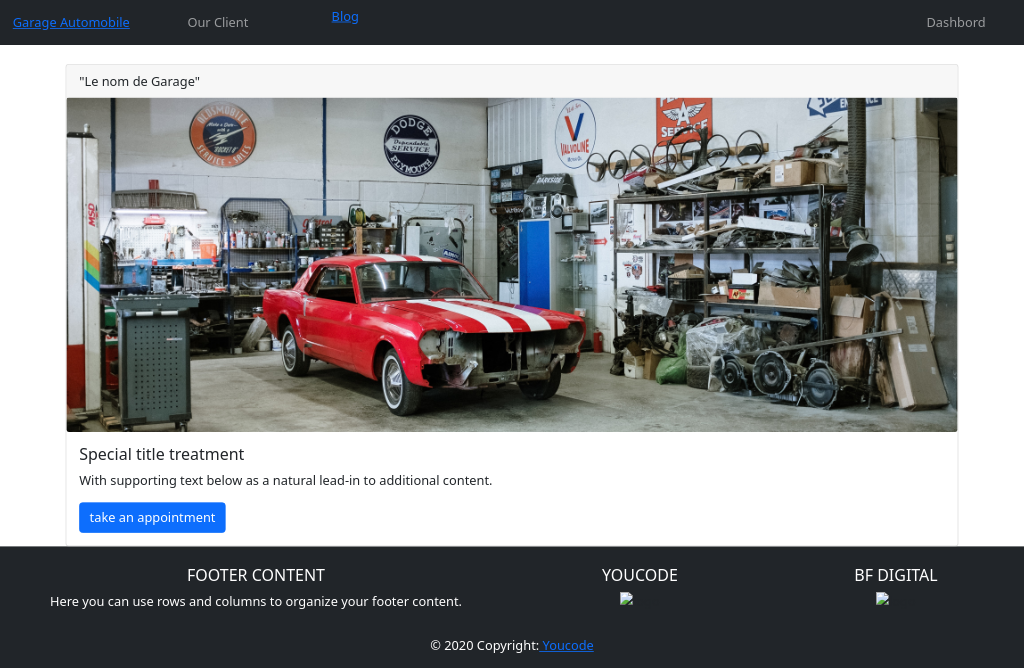
Repository: abdelhak-f/Fil-Rouge
Page: /blog (app in client/)
These files come from the project's save history. The page is drawn as it stood at one moment and after the next save; the edit follows.
The browser window is 1280 px wide. The pictures show the whole page, at 80% of full size.
The project was rebuilt for these pictures with package versions that can differ from the ones it lists, and the page was loaded fresh each time. Also part of the build but not shown: client/src/components/Text.jsx, client/src/components/forms/FirstFrontForm.jsx, client/src/components/Body.jsx.

Above is the page before, as saved 2021-09-07 16:50:54.

After the next save:
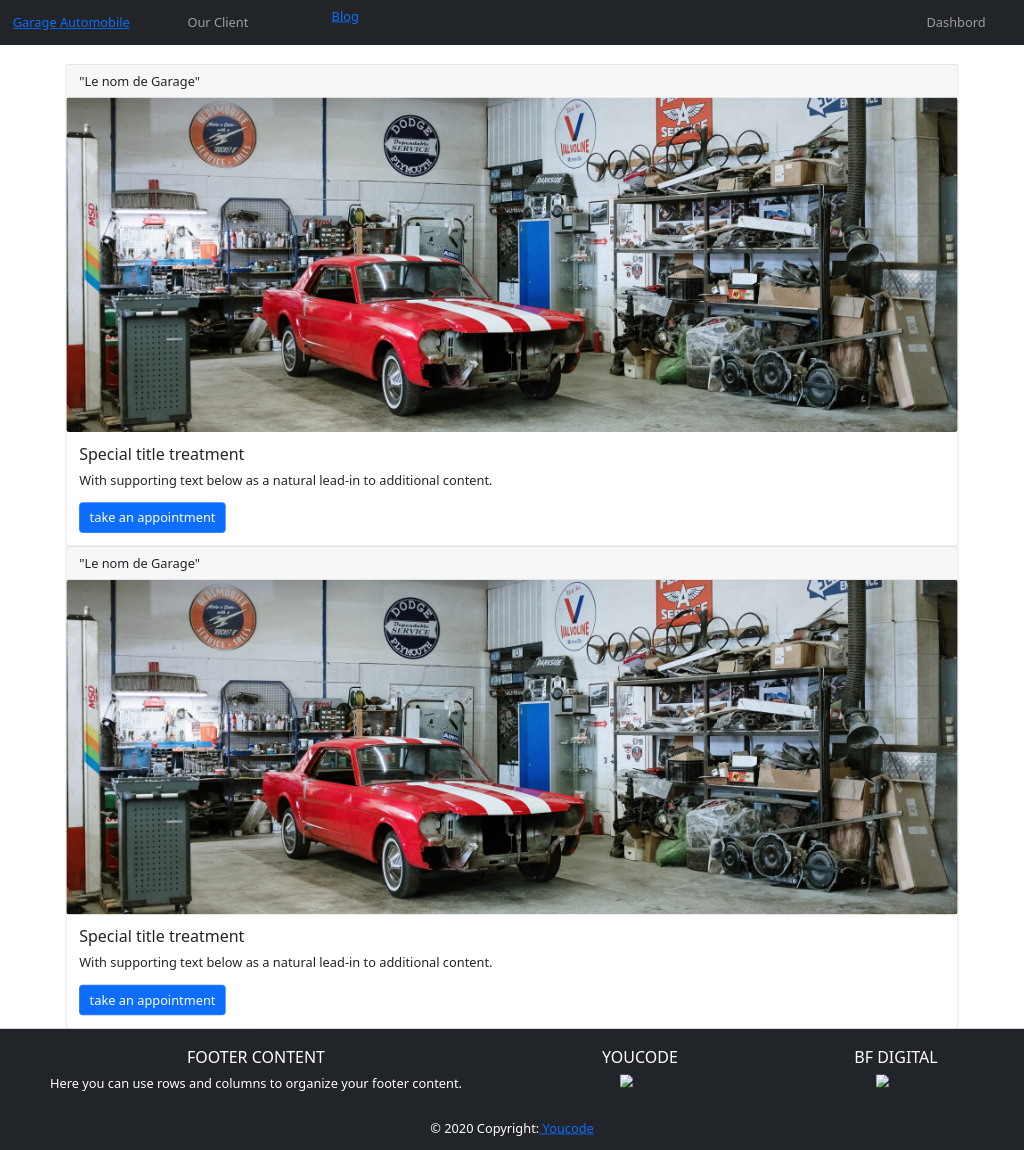
Saved 6 s later.
--- a/client/src/components/Blog.jsx
+++ b/client/src/components/Blog.jsx
@@ -21,6 +21,18 @@
         </Card>
 
         {/* second blog */}
+        <Card >
+           <Card.Header  >"Le nom de Garage"  </Card.Header>
+            <Card.Img  src={image} />
+            <Card.Body>
+            <Card.Title>Special title treatment</Card.Title>
+            <Card.Text>
+                 With supporting text below as a natural lead-in to additional content.
+            </Card.Text>
+            <Button variant="primary">take an appointment</Button>
+           </Card.Body>
+        </Card>
+
      </Container>
   )
 

After the 2 saves that followed:
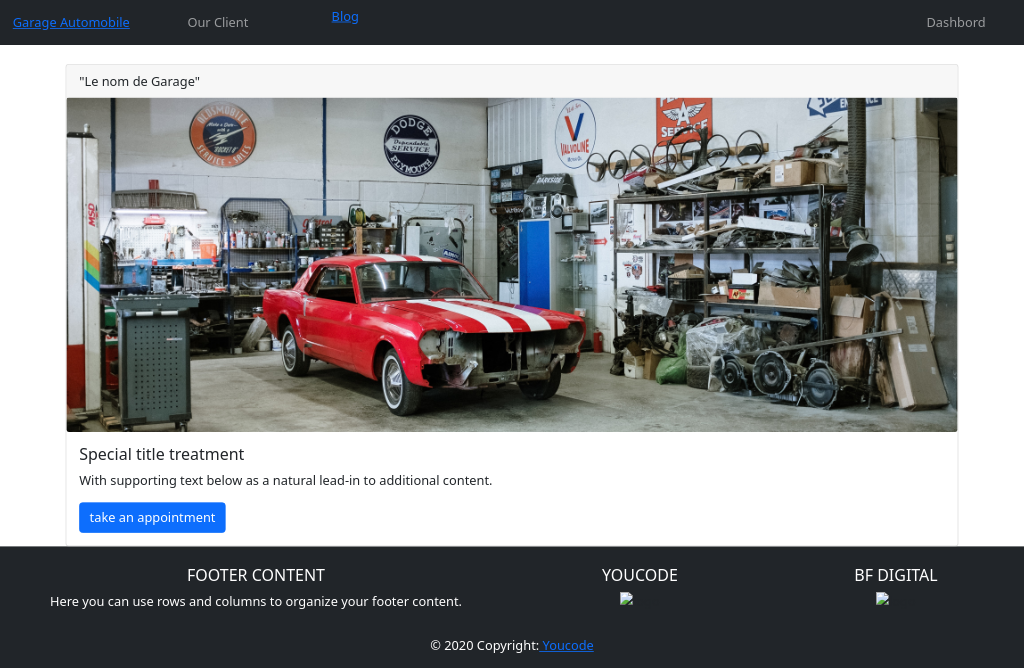
The 2 saves are shown as one change because 1 left the picture as it was.
The last was saved 64 s later.
--- a/client/src/components/Blog.jsx
+++ b/client/src/components/Blog.jsx
@@ -21,17 +21,6 @@
         </Card>
 
         {/* second blog */}
-        <Card >
-           <Card.Header  >"Le nom de Garage"  </Card.Header>
-            <Card.Img  src={image} />
-            <Card.Body>
-            <Card.Title>Special title treatment</Card.Title>
-            <Card.Text>
-                 With supporting text below as a natural lead-in to additional content.
-            </Card.Text>
-            <Button variant="primary">take an appointment</Button>
-           </Card.Body>
-        </Card>
 
      </Container>
   )
